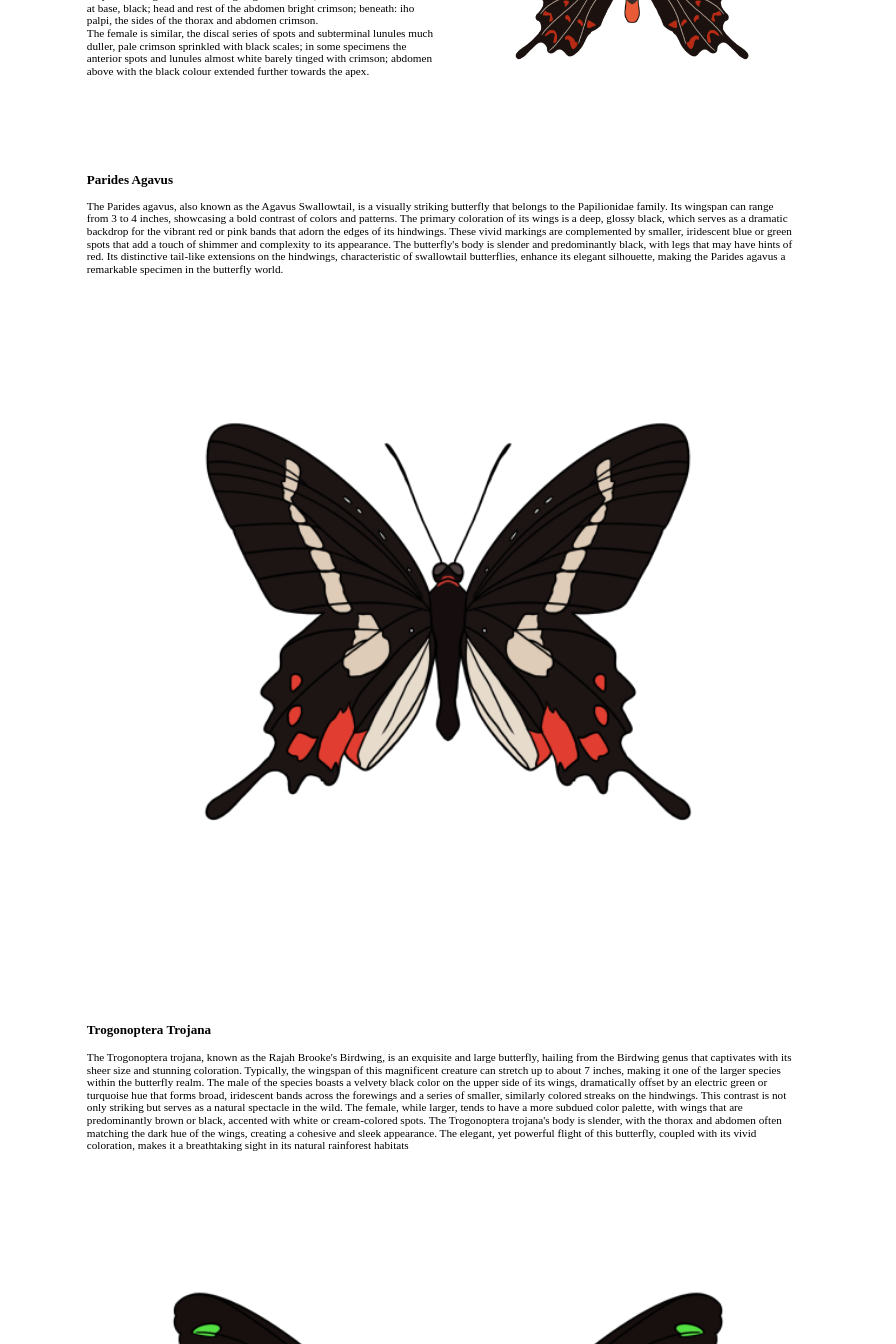
Repository: MeowCeline00/assessment-2
Page: /
An editor plug-in stored every save of this project. The page is shown before and after the next save, followed by the edit.
The browser window is 1280 px wide. The pictures show the part of the page from y = 3264 to 5184 px (the page is 6109 px tall before and 5419 px after), at 70% of full size.
The project was rebuilt for these pictures with package versions that can differ from the ones it lists, and the page was loaded fresh each time. The framework's server and built-in components were replaced by stand-ins that run in the browser. Also part of the build but not shown: next.config.mjs.

Above is the page before, as saved 2024-02-07 23:35:15.

After the next save:
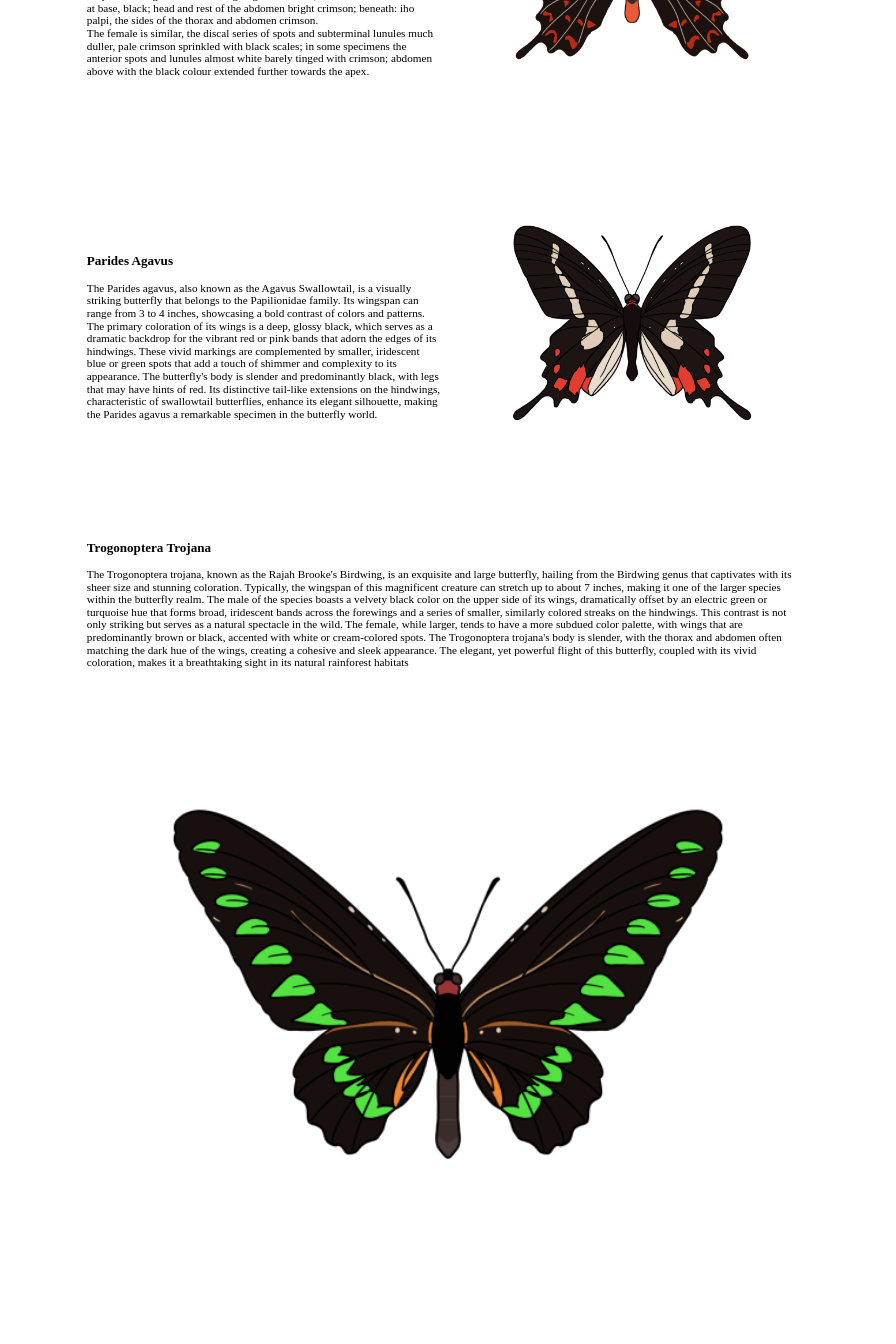
Saved 9 s later.
--- a/Components/Contents/index.js
+++ b/Components/Contents/index.js
@@ -104,7 +104,7 @@ export default function Contents() {
                 <img src={"/pachliopta_hector.png"} alt="Pachliopta Hector" width={200} />
                 </div>
                 </div>
-                <div className={styles.buttfly6}>
+                <div className={styles.butterflyPattern}>
                 <div className={styles.butterflyDes}>
                 <h3>Parides Agavus</h3>
                 <p>The Parides agavus, also known as the Agavus Swallowtail, is a visually striking butterfly that belongs
